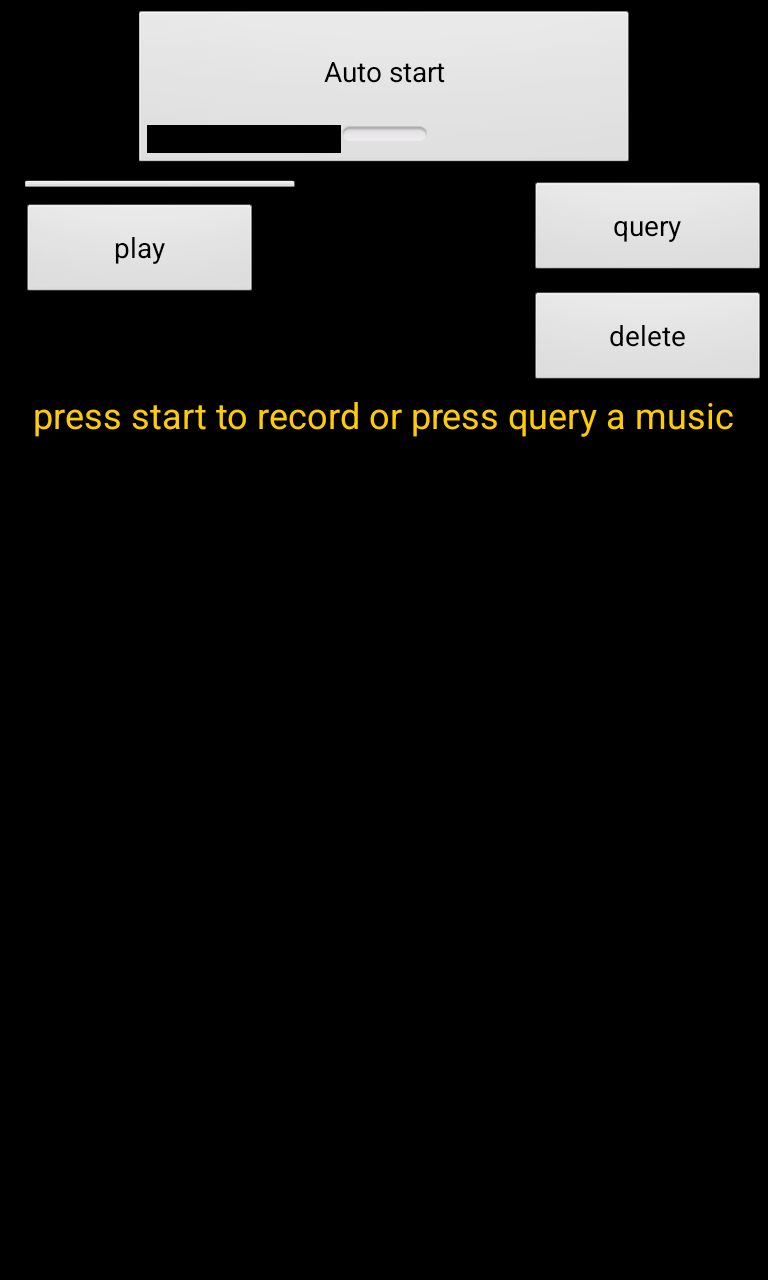
Repository: FreyrChen/tucan_Linux_practice
Layout: 4_Android_program/MusicIdentify/res/layout/activity_main.xml
An editor plug-in stored every save of this project. The layout is shown before and after the next save, followed by the edit.
It is drawn on a 768 x 1280 px phone screen (xhdpi) without system bars, with theme AppTheme; the app's code is not run. Lists and similar views that code fills are empty.

Above is the layout before, as saved 2013-06-09 08:39:34.

After the next save:
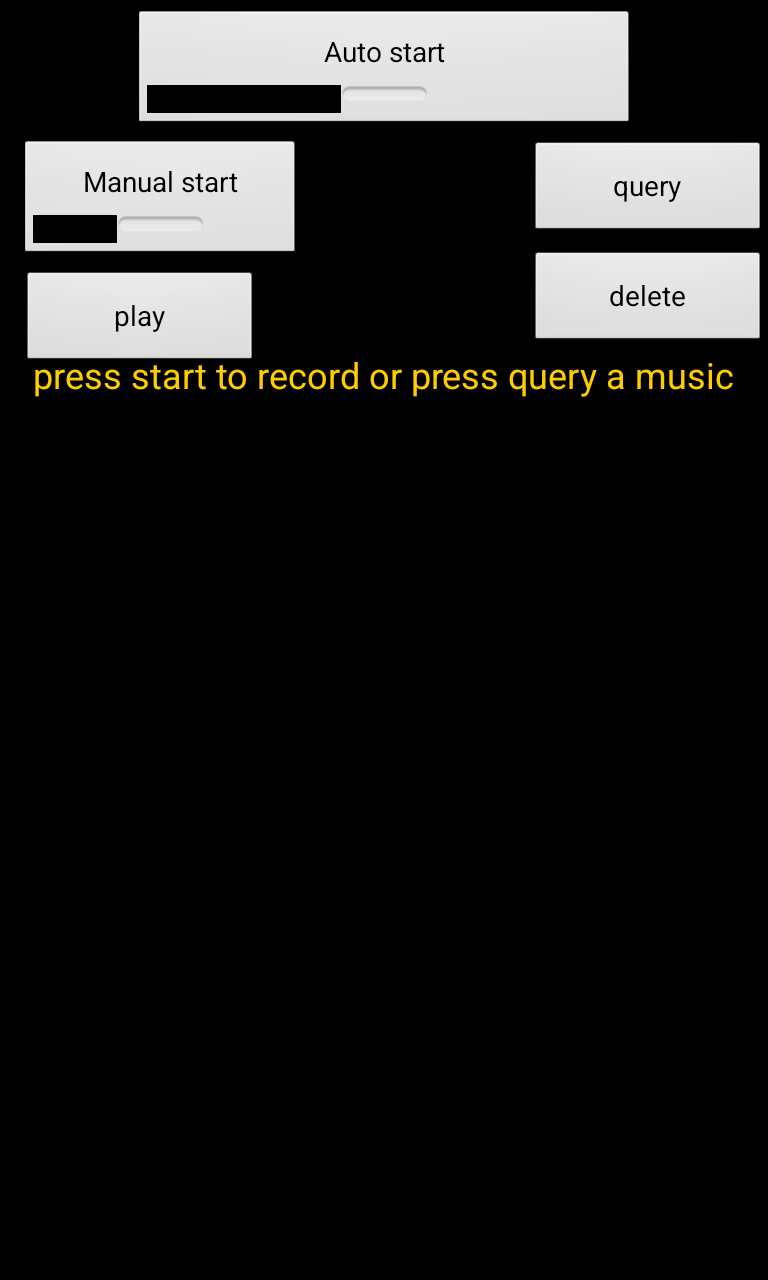
Saved 48 s later.
--- a/4_Android_program/MusicIdentify/res/layout/activity_main.xml
+++ b/4_Android_program/MusicIdentify/res/layout/activity_main.xml
@@ -10,7 +10,7 @@
 		android:textOn="@string/stop"
 		android:textOff="@string/auto_start"
 	 	android:layout_width="250dp"
-	 	android:layout_height="80dp"
+	 	android:layout_height="60dp"
 	    android:layout_marginTop="5dp"
 	    android:layout_marginLeft="10dp"
 	    android:layout_centerHorizontal="true"
@@ -21,7 +21,7 @@
 		android:textOn="@string/stop"
 		android:textOff="@string/manual_start"
 	 	android:layout_width="140dp"
-	 	android:layout_height="6dp"
+	 	android:layout_height="60dp"
 	    android:layout_alignParentLeft="true"
 	    android:layout_marginTop="5dp"
 	    android:layout_marginLeft="10dp"
